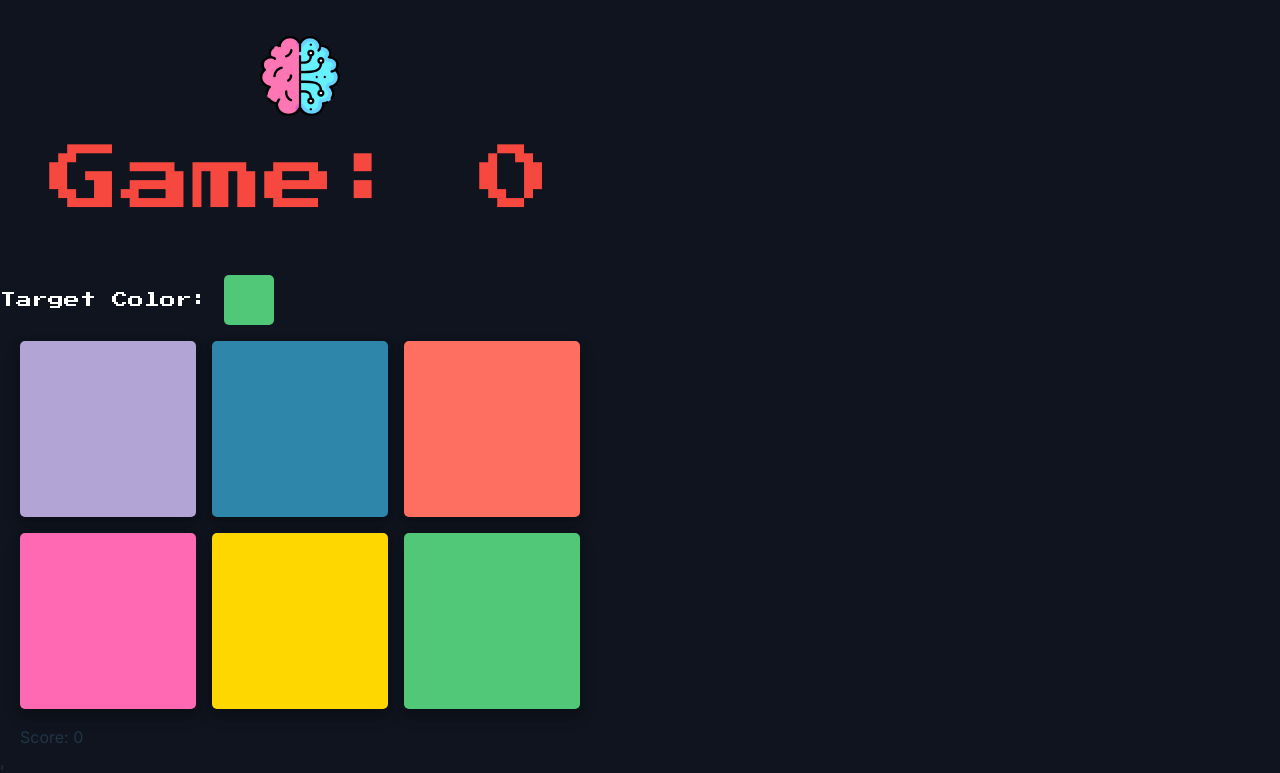
Repository: Shenixo/Color_match_game
Page: /game_play
The author's editor kept a copy of each file at every save. The page is drawn from the files as they stood at one save, then again after the next save.
The browser window is 1280 px wide. The pictures show the whole page.
The project was rebuilt for these pictures with package versions that can differ from the ones it lists, and the page was loaded fresh each time. Also part of the build but not shown: vite.config.js, src/Components/Tab/Tab.css, src/Components/Tab/Tab.jsx, src/Pages/Home/Home.jsx, src/Pages/Rules/Rules.css, src/Pages/Rules/Rules.jsx, src/Pages/Sound/Sound.jsx. Imported but missing from the stored project, and not drawn on this page: src/assets/button_clicks.wav, src/assets/game_theme_sound.mp4.

Above is the page before, as saved 2025-02-04 01:40:54.

### index.html
<!DOCTYPE html>
<html lang="en">
  <head>
    <meta charset="UTF-8" />
    <link rel="icon" type="image/svg+xml" href="/vite.svg" />
    <meta name="viewport" content="width=device-width, initial-scale=1.0" />
    <link rel="preconnect" href="https://fonts.googleapis.com" />
    <link rel="preconnect" href="https://fonts.gstatic.com" crossorigin />
    <link rel="preconnect" href="https://fonts.googleapis.com">
<link rel="preconnect" href="https://fonts.gstatic.com" crossorigin>
<link href="https://fonts.googleapis.com/css2?family=Inter:ital,opsz,wght@0,14..32,100..900;1,14..32,100..900&family=Poppins:ital,wght@0,100;0,200;0,300;0,400;0,500;0,600;0,700;0,800;0,900;1,100;1,200;1,300;1,400;1,500;1,600;1,700;1,800;1,900&family=Press+Start+2P&display=swap" rel="stylesheet">
    <title>Color Match</title>
  </head>
  <body>
    <div id="root"></div>
    <script type="module" src="/src/main.jsx"></script>
  </body>
</html>

### src/App.jsx
import { Route, Routes } from "react-router-dom";
import "./App.css";
import Home from "./Pages/Home/Home";
import Rules from "./Pages/Rules/Rules";
import Sound from "./Pages/Sound/Sound";
import GamePlay from "./Pages/GamePlay/GamePlay";

function App() {
  return (
    <div>
      <Routes>
        <Route path="/" element={<Home />} />
        <Route path="/game_play" element={<GamePlay/>}/>
        <Route path="/rules" element={<Rules />} />
        <Route path="/sound" element={<Sound />} />
      </Routes>
    </div>
  );
}

export default App;

### src/App.css
*{
  padding: 0;
  margin: 0;
  box-sizing: border-box;
  /* font-family: "Inter", serif; */
}
body{
  background: #0f141e;
}

### src/Pages/GamePlay/GamePlay.jsx
import {Card, listenForScoreUpdates } from "../../Components/Card/Card"
import Title from "../../Components/Title/Title"
import "./GamePlay.css"
import ScoreNdColorBox from "../../Components/ScoreNdColorBox/ScoreNdColorBox"
import { useEffect, useState } from "react"

const GamePlay = () => {
  const [score, setScore] = useState(0);
  useEffect(() => {
    listenForScoreUpdates(setScore);
  }, []);
  return (
    <div>
      <div className="container">
        <Title content={`Game: ${score}`} />
        <div className="game-tab">
        <ScoreNdColorBox/>
        </div>
        <Card/>
      </div>
    </div>
  )
}

export default GamePlay

### src/Components/Title/Title.jsx
/* eslint-disable react/prop-types */
import "./Title.css"
import brain from "../../assets/brain.png"
import { Link } from "react-router-dom"
import { TabClick } from "../../Components/Sound/Sound";
const Title = ({content}) => {
  return (
    <div className="title">
          <h1>{content}</h1>
          <Link to="/">
          <img src={brain} onClick={TabClick} alt="Brain image" width={80} />
          </Link>
    </div>
  )
}

export default Title

### src/Pages/Home/Home.css
.home{
    width: 100%;
    max-height: 100svh;
}
.container{
    display: flex;
    align-items: center;
    justify-content: center;
    margin-top: 6%;
    flex-direction: column;
    gap: 1rem;
}

### src/Components/Sound/Sound.jsx
import Game_sound from "../../assets/game_theme_sound.mp4";
import Tab_sound from "../../assets/button_clicks.wav";

let game_theme = new Audio(Game_sound);
game_theme.loop = true;
const GameTheme = () => {
  if (game_theme.paused) {
    game_theme.play();
  } else {
    game_theme.pause();
    game_theme.currentTime = 0;
  }
};


const TabClick = () => {
  const tab_clicks = new Audio(Tab_sound)
  tab_clicks.play()
}
export { GameTheme, TabClick };

### src/Components/Card/Card.jsx
import { useState, useEffect } from "react";
import "./Card.css";
import { TabClick } from "../../Components/Sound/Sound";

const fineColors = [
  "#2E86AB",
  "#FF6F61",
  "#50C878",
  "#B2A4D4",
  "#FFD700",
  "#FF69B4",
];

let score = 0;
const setGlobalScore = (newScore) => {
  score = newScore;
  document.dispatchEvent(new CustomEvent("scoreUpdated", { detail: score }));
};

const Card = () => {
  const cardArr = Array.from({ length: 6 });
  const [shuffledColors, setShuffledColors] = useState([...fineColors]);
  const [localScore, setLocalScore] = useState(score);
  const [chosenColor, setChosenColor] = useState(null);
  const [clickEnabled, setClickEnabled] = useState(false);
  const [showHint, setShowHint] = useState(true);

  useEffect(() => {
    startNewRound();
  }, []);

  const startNewRound = () => {
    setClickEnabled(false);
    setShowHint(true);

    const randomColor = fineColors[Math.floor(Math.random() * fineColors.length)];
    setChosenColor(randomColor);

    // Dispatch the chosen color event
    document.dispatchEvent(new CustomEvent("colorChosen", { detail: randomColor }));

    setTimeout(() => {
      const shuffled = [...fineColors].sort(() => Math.random() - 0.5);
      setShuffledColors(shuffled);
      setClickEnabled(true);
      setShowHint(false);
    }, 4000);
  };

  const handleWinState = () => {
    setLocalScore((prev) => {
      const newScore = prev + 1;
      setGlobalScore(newScore);
      return newScore;
    });
  };

  const handleLoseState = () => {
    setLocalScore((prev) => {
      const newScore = prev - 1;
      setGlobalScore(newScore);
      return newScore;
    });
  };

  const handleCheckPlayerClick = (clickedIndex) => {
    if (!clickEnabled) return;

    const clickedColor = shuffledColors[clickedIndex];

    if (clickedColor === chosenColor) {
      handleWinState();
    } else {
      handleLoseState();
    }

    TabClick();
    setClickEnabled(false);

    setTimeout(() => {
      startNewRound();
    }, 1000);
  };

  return (
    <div className="card">
      {cardArr.map((_, idx) => (
        <button
          onClick={() => handleCheckPlayerClick(idx)}
          className={showHint && shuffledColors[idx] === chosenColor ? "chosen_card" : ""}
          style={{ background: shuffledColors[idx] }}
          key={idx}
          disabled={!clickEnabled}
        />
      ))}
      <p>Score: {localScore}</p>
    </div>
  );
};

export { Card, setGlobalScore };

export const listenForScoreUpdates = (callback) => {
  document.addEventListener("scoreUpdated", (event) => {
    callback(event.detail);
  });
};

### src/Pages/GamePlay/GamePlay.css
.game-tab{
    display: flex;
    align-items: center;
    justify-content: space-between;
    width: 600px;
}

### src/Components/ScoreNdColorBox/ScoreNdColorBox.jsx
import ChosenColor from "../ChosenColorDisplay/ChosenColorDisplay"

import "./ScoreNdColorBox.css";
const ScoreNdColorBox = () => {

  return (
    <div className="score_nd_color_box">
      <div className="target_card">
        <p>Target Color:</p>{" "}
        <ChosenColor/>
      </div>
    </div>
  );
};

export default ScoreNdColorBox;

/*Nahhh this is worst the cards first appears first without color then i think a card is first chosen in this state without colors then after the colors suddenly appears and then another card is being chosen how ami supposed to work with this The flow should be that one random card gets selected it shuffles and i have to click on the card that was chosen to add to my score and if i fail to do this my score gets deducted this shoud be the flow */


/*
i need you to help me with something i am working on a color game where a random card is first selected and then it shuffles after shuffling i have to pick the card that was chosen to initially to win we must make sure to still track the index of the card that was chosen before even after shuffling because this is what would be used to track player click and also since the index of the chosen card would change after shuffling so i can update my scores correctly i would send you my code now and i want you to help me make the corrections so the code can work correctly as expected got it?! */

### src/Components/Title/Title.css
.title {
  display: flex;
  align-items: center;
  gap: 1rem;
  color: #f6483e;
  font-size: 1.4rem;
  margin-bottom: 2.5rem;
  flex-direction: column-reverse;
}
.title h1 {
  font-family: "Press Start 2P", serif;
}

### src/Components/Card/Card.css
.card {
  display: grid;
  grid-template-columns: 1fr 1fr 1fr;
  gap: 1rem;
  transition: all 0.5s ease-in-out;
  justify-content: center;
  align-items: center;
  position: relative;
}
.card button {
  width: 11rem;
  cursor: pointer;
  height: 11rem;
  border-radius: 5px;
  transition: transform 0.5s ease-in-out, opacity 0.5s ease-in-out;
  box-shadow: 0px 8px 16px rgba(0, 0, 0, 0.2), 0px 4px 8px rgba(0, 0, 0, 0.1);
  transition: .5s;
  border: none;
}
.card div:active{
  scale: .85;
}

.chosen_card {
  animation: pulse 1.2s 3 ease-in-out;
}

@keyframes pulse {
  0% {
    transform: scale(1);
  }
  50% {
    transform: scale(1.1);
  }
  100% {
    transform: scale(1);
  }
}

.card.collapse div {
  transform: scale(0.1) translate(-50%, -50%);
  opacity: 0;
}

.card.spread div {
  transform: scale(1) translate(0, 0);
  opacity: 1;
}

@media only screen and (max-width: 880px) {
  .card {
    grid-template-columns: 1fr 1fr;
  }
}

### src/Components/ChosenColorDisplay/ChosenColorDisplay.jsx
import { useState, useEffect } from "react";

const ChosenColorDisplay = () => {
  const [chosenColor, setChosenColor] = useState(null);

  useEffect(() => {
    const handleColorChosen = (event) => {
      setChosenColor(event.detail);
    };
    document.addEventListener("colorChosen", handleColorChosen);

    return () => {
      document.removeEventListener("colorChosen", handleColorChosen);
    };
  }, []);
console.log("chosenColor", chosenColor)
  return (
    <div>
      <div
        style={{
          width: "50px",
          height: "50px",
                  backgroundColor: chosenColor,
          borderRadius: "5px"
        }}
      />
    </div>
  );
};

export default ChosenColorDisplay;

### src/Components/ScoreNdColorBox/ScoreNdColorBox.css

.random_card{
    border-radius: 5px;
    height: 2.4rem;
    width: 2.4rem;
}
.target_card{
    display: flex;
    align-items: center;
    gap: 1rem;
    font-size: 1rem;
    color: white;
}
.target_card p{
    font-family: "Press Start 2P", serif;

}

Loaded but not shown: src/main.jsx (common file); src/index.css (common file)

After the next save:
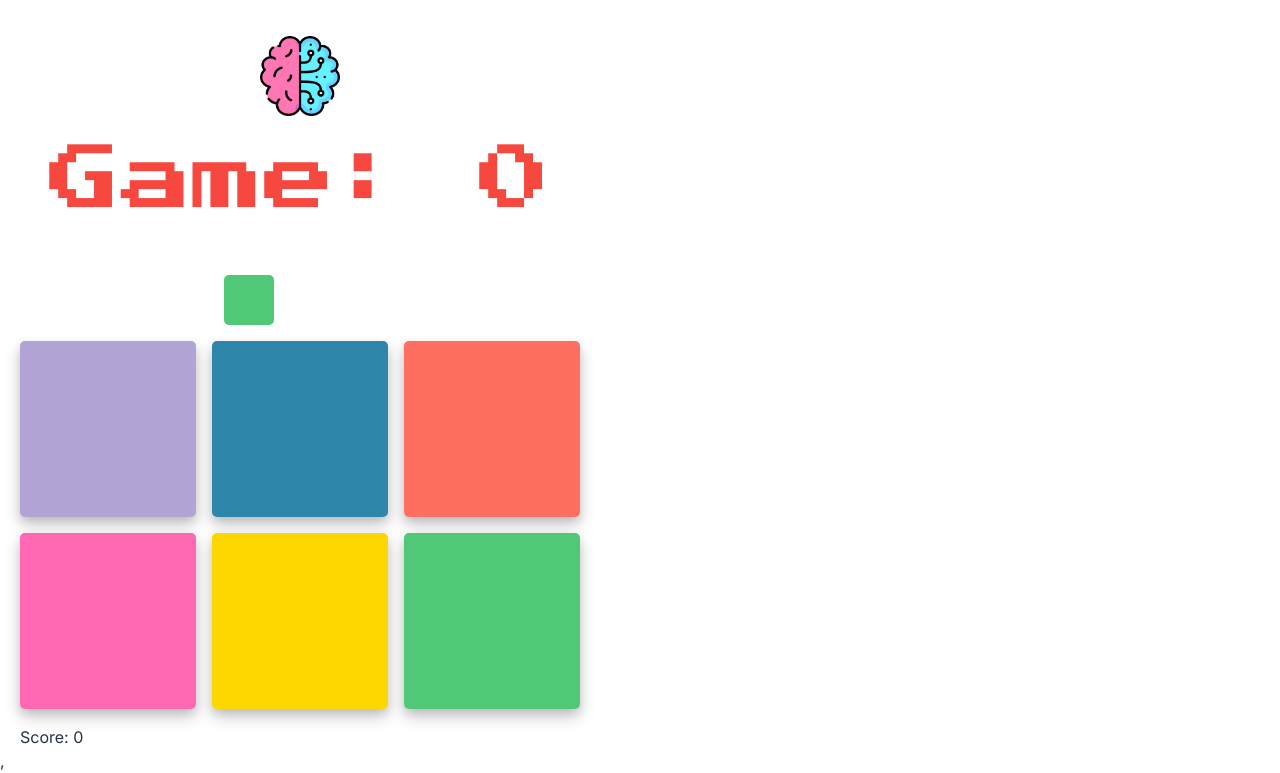
Saved 8 s later.
--- a/src/App.css
+++ b/src/App.css
@@ -5,5 +5,5 @@
   /* font-family: "Inter", serif; */
 }
 body{
-  background: #0f141e;
+  /* background: #0f141e; */
 }

After the 2 saves that followed:
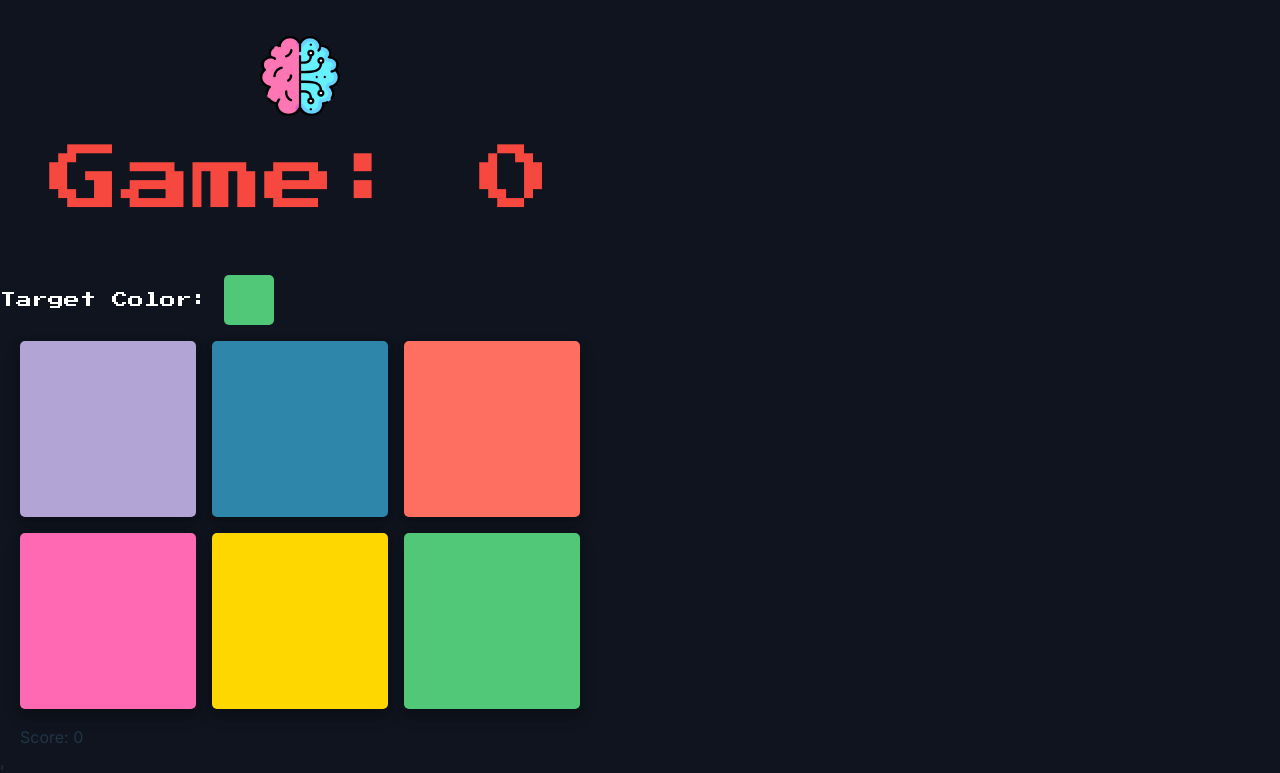
The 2 saves are shown as one change because they came seconds apart.
The last was saved 12 s later.
--- a/src/App.css
+++ b/src/App.css
@@ -2,8 +2,8 @@
   padding: 0;
   margin: 0;
   box-sizing: border-box;
-  /* font-family: "Inter", serif; */
+  font-family: "Inter", serif;
 }
 body{
-  /* background: #0f141e; */
+  background: #0f141e;
 }
